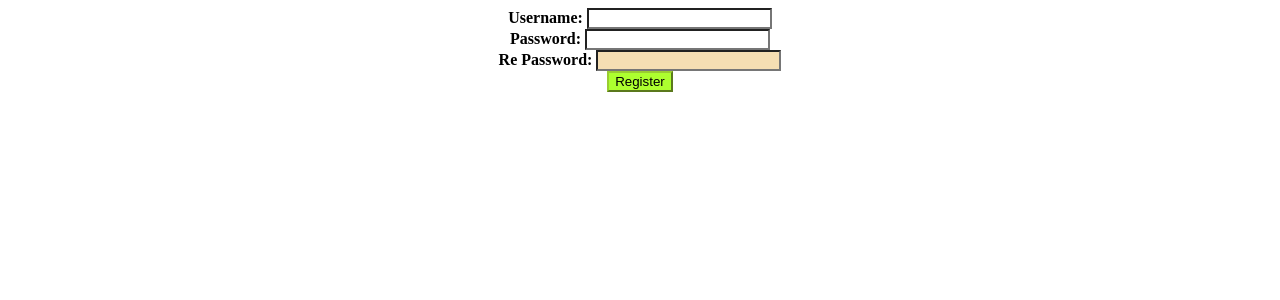
Repository: Pr-DuyTam/HTML-CSS-JS-PHP
Page: Javascript/Lập trình hướng đối tượng trong JS/Kiểm tra thông tin form đăng nhập(52).html
The author's editor kept a copy of each file at every save. The page is drawn from the files as they stood at one save, then again after the next save.
The browser window is 1280 px wide. The pictures show the whole page.

Above is the page before, as saved 2023-08-23 10:35:07.

### Javascript/Lập trình hướng đối tượng trong JS/Kiểm tra thông tin form đăng nhập(52).html
<!DOCTYPE html>
<html lang="en">
<head>
    <meta charset="UTF-8">
    <meta name="viewport" content="width=device-width, initial-scale=1.0">
    <title>Form đăng nhập</title>

    <script>
        function validate()
        {
            {
                var username = document.getElementById("username").value;
                var password = document.getElementById("password").value;
                var re_password = document.getElementById("re-password").value;
            }

            if (username == "")
                {
                    alert("Bạn chưa nhập tên đăng nhập");
                    return false;
                }
            if (password == "")
                {
                    lert("Bạn chưa nhập mật khẩu");
                    return false;
                }
            if (password != re_password)
                {
                    alert("Mật khẩu nhập lại sai");
                    return false;
                }
            return true;
        }
    </script>
</head>
<body>
    <form action="" method="post" align="center">
        <b>Username:</b>
        <input type="text" name="username" id="username" value="" style="background: white;"/> <br/>

        <b>Password:</b>
        <input type="text" name="password" id="password" value="" style="background: white;" /> <br/>

        <b>Re Password:</b>
        <input type="text" value="" name="re-password" id="re-password" style="background: wheat;"/> <br/>

        <input type="submit" value="Register" onclick="return validate()" style="background-color: greenyellow; border-color: yellowgreen ;"/>
    </form>
</body>
</html>

After the next save:
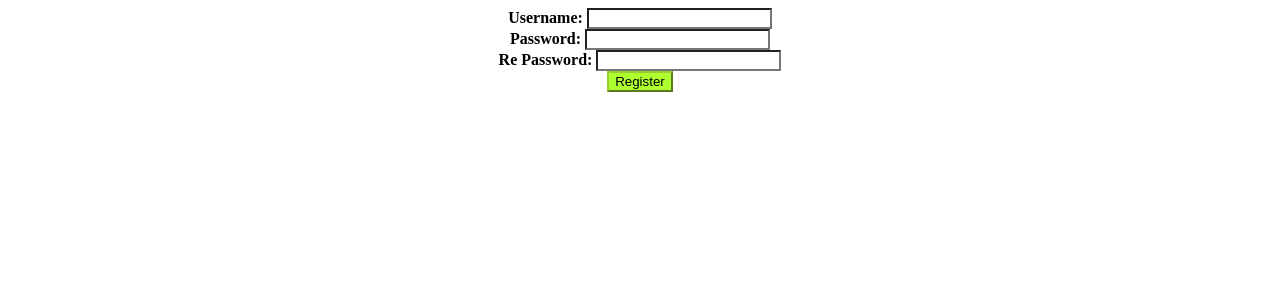
Saved 8 s later.
--- a/Javascript/Lập trình hướng đối tượng trong JS/Kiểm tra thông tin form đăng nhập(52).html
+++ b/Javascript/Lập trình hướng đối tượng trong JS/Kiểm tra thông tin form đăng nhập(52).html
@@ -42,7 +42,7 @@
         <input type="text" name="password" id="password" value="" style="background: white;" /> <br/>
 
         <b>Re Password:</b>
-        <input type="text" value="" name="re-password" id="re-password" style="background: wheat;"/> <br/>
+        <input type="text" value="" name="re-password" id="re-password" style="background: white;"/> <br/>
 
         <input type="submit" value="Register" onclick="return validate()" style="background-color: greenyellow; border-color: yellowgreen ;"/>
     </form>
